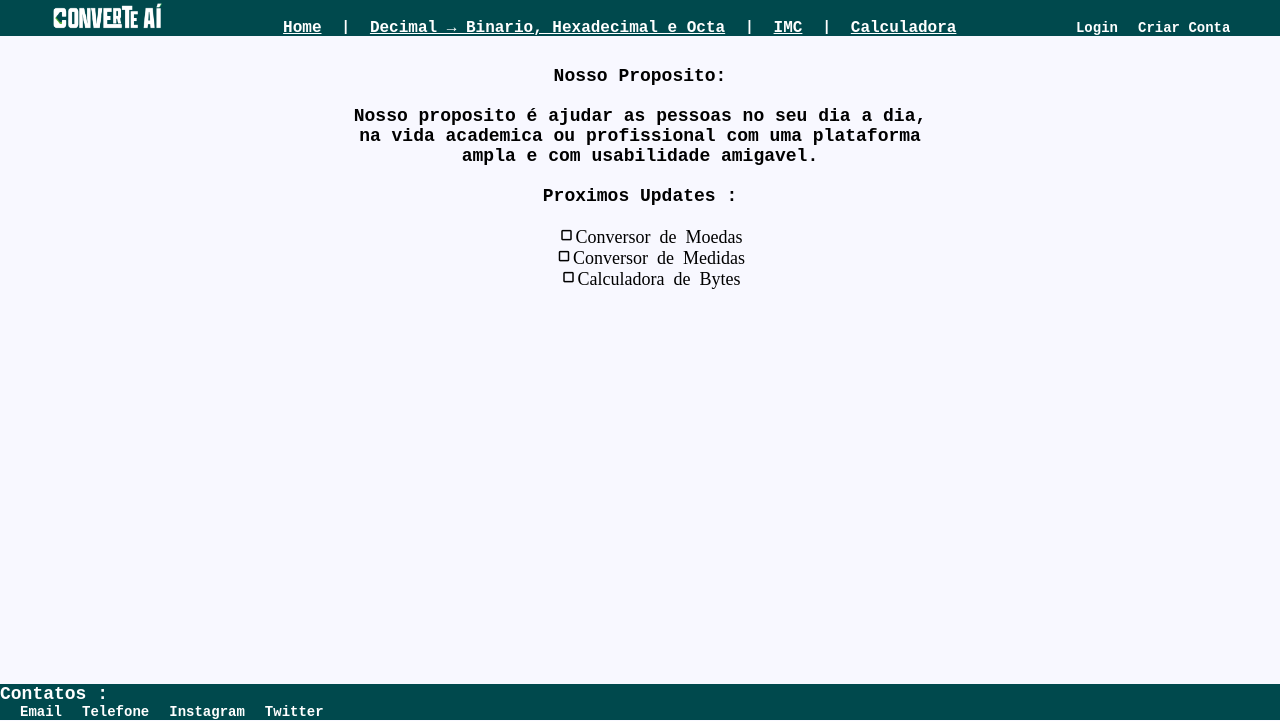
Repository: Frav1u/converteai
Page: ConverteAi/src/main/webapp/home.html
These files come from the project's save history. The page is drawn as it stood at one moment and after the next save; the edit follows.
The browser window is 1280 px wide. The pictures show the whole page.
Some web fonts or font styles are not loaded; a fallback is used.

Above is the page before, as saved 2023-10-01 19:34:40.

### ConverteAi/src/main/webapp/home.html
<!DOCTYPE html>
<html>
<head>
<meta charset="UTF-8">
<title>Converte aí</title>
<link href="https://fonts.googleapis.com/css2?family=Inter:wght@400;700&family=Space+Mono:wght@400;700&display=swap"
        rel="stylesheet">
    <link rel="stylesheet" href="stylehome.css">
    <link href='https://unpkg.com/boxicons@2.1.4/css/boxicons.min.css' rel='stylesheet'>
</head>
<body>
	<header>
	<img class="img" src="logo.png">

		<nav>
			<ul class="menu">
				<li><a href="home.html">Home</a></li>
				<li>  |  </li>
				<li><a href="decimalParaBinario.html">Decimal → Binario, Hexadecimal e Octa</a></li>
				<li>  |  </li>
				<li><a href="imc.html">IMC</a></li>
				<li>  |  </li>
				<li><a href="calculadora.html">Calculadora</a></li>
			</ul>
		</nav>
		<ul class="conta">
			<li>Login</li>
			<li>Criar Conta</li>
		</ul>
	</header>
	<main>
		<h1 class="tituloProposito">Nosso Proposito: </h1>
		<p class="proposito">Nosso proposito é ajudar as pessoas no seu dia a dia, na vida academica ou profissional com uma plataforma ampla e com usabilidade amigavel.</p>
		<h2> Proximos Updates :</h2>
		<ul class="updates">
			<li><i class='bx bx-checkbox'>Conversor de Moedas</i></li>
			<li><i class='bx bx-checkbox'>Conversor de Medidas</i></li>
			<li><i class='bx bx-checkbox'>Calculadora de Bytes</i></li>
		</ul>
	</main>


	<footer>
		<a>Contatos : </a>
		<ul class="contatos">
			<li>Email</li>
			<li>Telefone</li>
			<li>Instagram</li>
			<li>Twitter</li>
		</ul>

	</footer>
</body>

</html>

### ConverteAi/src/main/webapp/stylehome.css

* {
    margin: 0;
    padding: 0;
    box-sizing: border-box;
    font-family: 'Apotek Bold', monospace;
    font-weight: 600;
    font-size: 18px;
    outline: none;
}

body{
	background-color:  ghostwhite
}

li{
	font-size: 14px;
	margin-left: 20px;

}

header{
	background-color: hsl(183, 100%, 15%);
	color: white;
	height: 5vh;
    color: inherit;
    display: flex;
    display: flex;
    justify-content: center;
    align-items: center;
    justify-content: space-evenly;
}

.contatos{
	display: flex;
	list-style: none;
}

footer{
	background-color: hsl(183, 100%, 15%);
	color: white;
	height: 5vh;


}
.proposito{
	width: 55ch;
	margin: 20px auto;
}


.logo{
	color: white;
}
.menu{
	color: white;
	display: flex;
	margin-top: 20px;
	margin-left: 50px;
	list-style: none;

}

.conta{
	color: white;
	display: flex;
	margin-top: 20px;
	margin-left: 50px;
	list-style: none;
}

.menu a {
	color: white;
	font-size: 16px;

}



nav{
	display: flex;
	justify-content: center;
	align-items: center;
}


main{
	height: 90vh;
	text-align: center;
	padding-top: 30px;
}



.updates{
	margin: 20px auto;
	list-style: none;

}

.img{
	width: 114px;
}

After the next save:
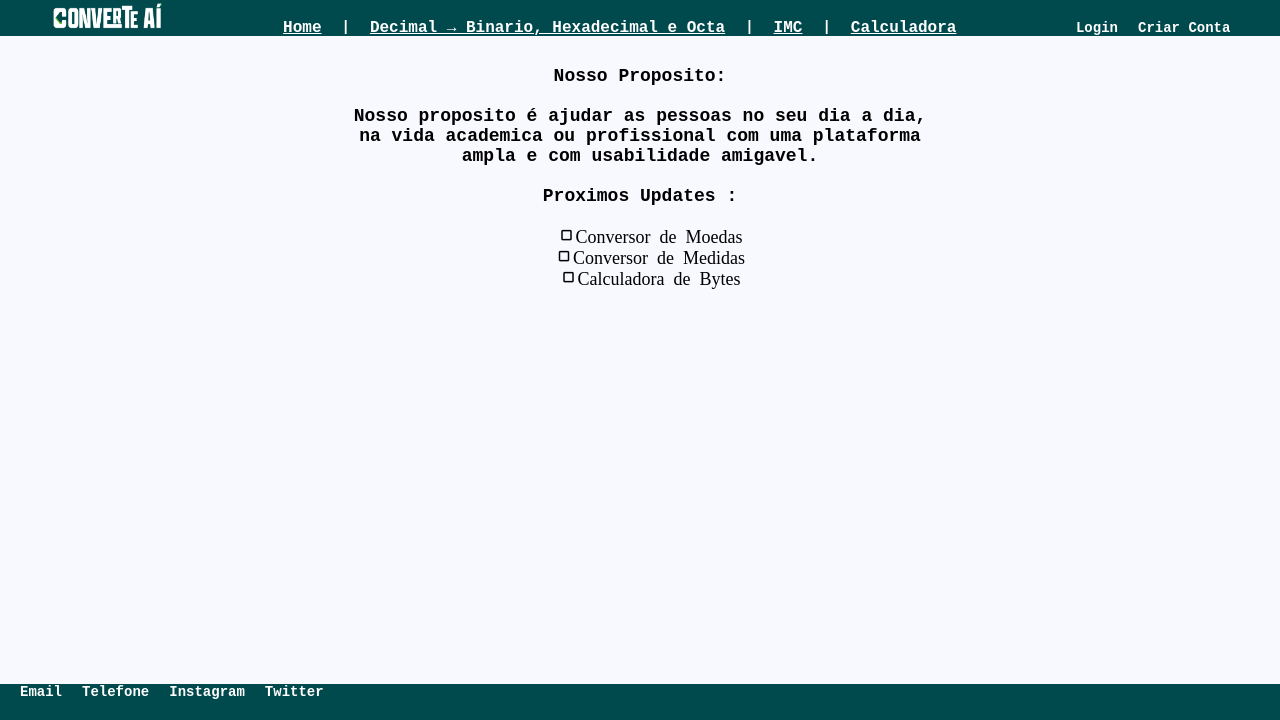
Saved 2 min 34 s later.
--- a/ConverteAi/src/main/webapp/home.html
+++ b/ConverteAi/src/main/webapp/home.html
@@ -41,7 +41,6 @@
 
 
 	<footer>
-		<a>Contatos : </a>
 		<ul class="contatos">
 			<li>Email</li>
 			<li>Telefone</li>
